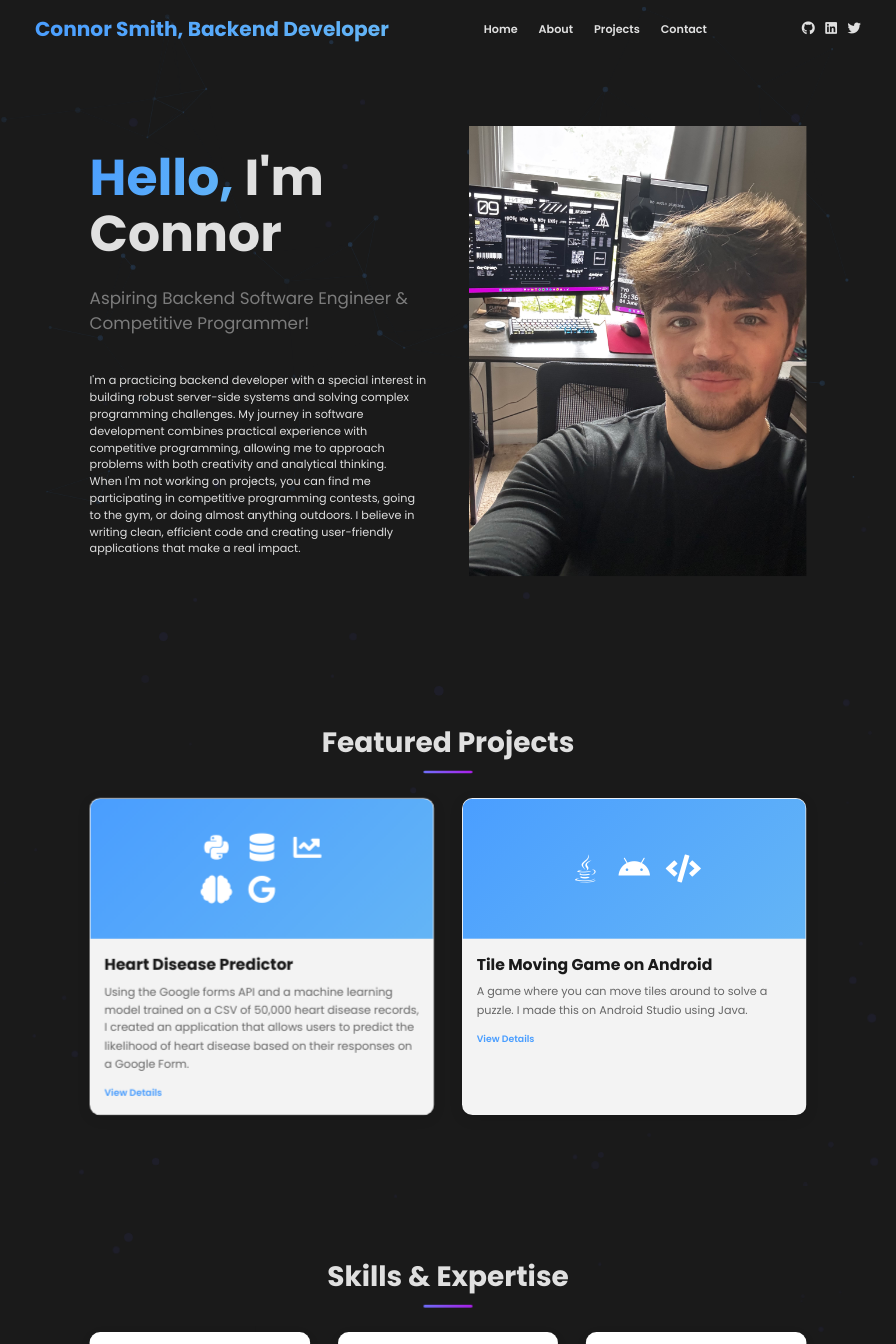
Repository: connorGS9/portfolio-website
Page: /
These files come from the project's save history. The page is drawn as it stood at one moment and after the next save; the edit follows.
The browser window is 1280 px wide. The pictures show the part of the page from y = 0 to 1920 px (the page is 3460 px tall before and 3396 px after), at 70% of full size.
The project was rebuilt for these pictures with package versions that can differ from the ones it lists, and the page was loaded fresh each time.

Above is the page before, as saved 2025-06-04 22:56:19.

After the next save:
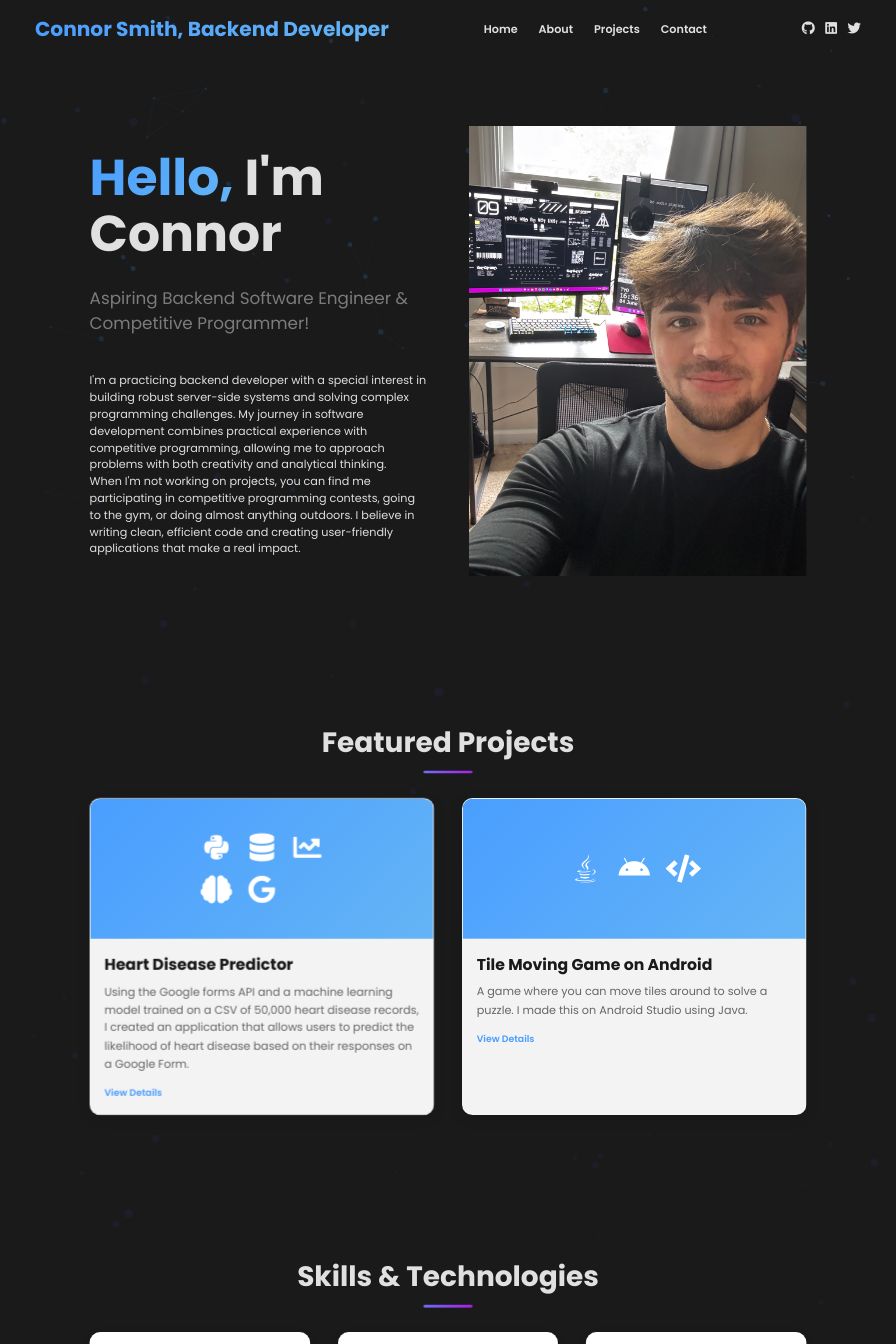
Saved 2 min 22 s later.
--- a/src/pages/Home.jsx
+++ b/src/pages/Home.jsx
@@ -153,36 +153,132 @@ const Home = () => {
 
       {/* Skills Section */}
       <div className="skills-section">
-        <h2 className="section-title">Skills & Expertise</h2>
+        <h2 className="section-title">Skills & Technologies</h2>
         <div className="skills-grid">
           <div className="skill-category">
-            <h3>Frontend</h3>
-            <ul>
-              <li>React</li>
-              <li>JavaScript</li>
-              <li>HTML/CSS</li>
-              <li>Responsive Design</li>
-            </ul>
+            <h3>Backend</h3>
+            <div className="skill-items">
+              <div className="skill-item">
+                <div className="skill-info">
+                  <span>Python</span>
+                  <span>90%</span>
+                </div>
+                <div className="skill-bar">
+                  <div className="skill-progress" style={{ width: '90%' }}></div>
+                </div>
+              </div>
+              <div className="skill-item">
+                <div className="skill-info">
+                  <span>Java</span>
+                  <span>85%</span>
+                </div>
+                <div className="skill-bar">
+                  <div className="skill-progress" style={{ width: '85%' }}></div>
+                </div>
+              </div>
+              <div className="skill-item">
+                <div className="skill-info">
+                  <span>Node.js</span>
+                  <span>80%</span>
+                </div>
+                <div className="skill-bar">
+                  <div className="skill-progress" style={{ width: '80%' }}></div>
+                </div>
+              </div>
+              <div className="skill-item">
+                <div className="skill-info">
+                  <span>SQL</span>
+                  <span>85%</span>
+                </div>
+                <div className="skill-bar">
+                  <div className="skill-progress" style={{ width: '85%' }}></div>
+                </div>
+              </div>
+            </div>
           </div>
 
           <div className="skill-category">
-            <h3>Backend</h3>
-            <ul>
-              <li>Node.js</li>
-              <li>Express</li>
-              <li>MongoDB</li>
-              <li>RESTful APIs</li>
-            </ul>
+            <h3>Data Science</h3>
+            <div className="skill-items">
+              <div className="skill-item">
+                <div className="skill-info">
+                  <span>NumPy</span>
+                  <span>85%</span>
+                </div>
+                <div className="skill-bar">
+                  <div className="skill-progress" style={{ width: '85%' }}></div>
+                </div>
+              </div>
+              <div className="skill-item">
+                <div className="skill-info">
+                  <span>Pandas</span>
+                  <span>80%</span>
+                </div>
+                <div className="skill-bar">
+                  <div className="skill-progress" style={{ width: '80%' }}></div>
+                </div>
+              </div>
+              <div className="skill-item">
+                <div className="skill-info">
+                  <span>Scikit-learn</span>
+                  <span>75%</span>
+                </div>
+                <div className="skill-bar">
+                  <div className="skill-progress" style={{ width: '75%' }}></div>
+                </div>
+              </div>
+              <div className="skill-item">
+                <div className="skill-info">
+                  <span>TensorFlow</span>
+                  <span>70%</span>
+                </div>
+                <div className="skill-bar">
+                  <div className="skill-progress" style={{ width: '70%' }}></div>
+                </div>
+              </div>
+            </div>
           </div>
 
           <div className="skill-category">
-            <h3>Tools</h3>
-            <ul>
-              <li>Git</li>
-              <li>Docker</li>
-              <li>VS Code</li>
-              <li>Figma</li>
-            </ul>
+            <h3>Tools & Others</h3>
+            <div className="skill-items">
+              <div className="skill-item">
+                <div className="skill-info">
+                  <span>Git</span>
+                  <span>85%</span>
+                </div>
+                <div className="skill-bar">
+                  <div className="skill-progress" style={{ width: '85%' }}></div>
+                </div>
+              </div>
+              <div className="skill-item">
+                <div className="skill-info">
+                  <span>Docker</span>
+                  <span>75%</span>
+                </div>
+                <div className="skill-bar">
+                  <div className="skill-progress" style={{ width: '75%' }}></div>
+                </div>
+              </div>
+              <div className="skill-item">
+                <div className="skill-info">
+                  <span>Linux</span>
+                  <span>80%</span>
+                </div>
+                <div className="skill-bar">
+                  <div className="skill-progress" style={{ width: '80%' }}></div>
+                </div>
+              </div>
+              <div className="skill-item">
+                <div className="skill-info">
+                  <span>AWS</span>
+                  <span>70%</span>
+                </div>
+                <div className="skill-bar">
+                  <div className="skill-progress" style={{ width: '70%' }}></div>
+                </div>
+              </div>
+            </div>
           </div>
         </div>
       </div>
